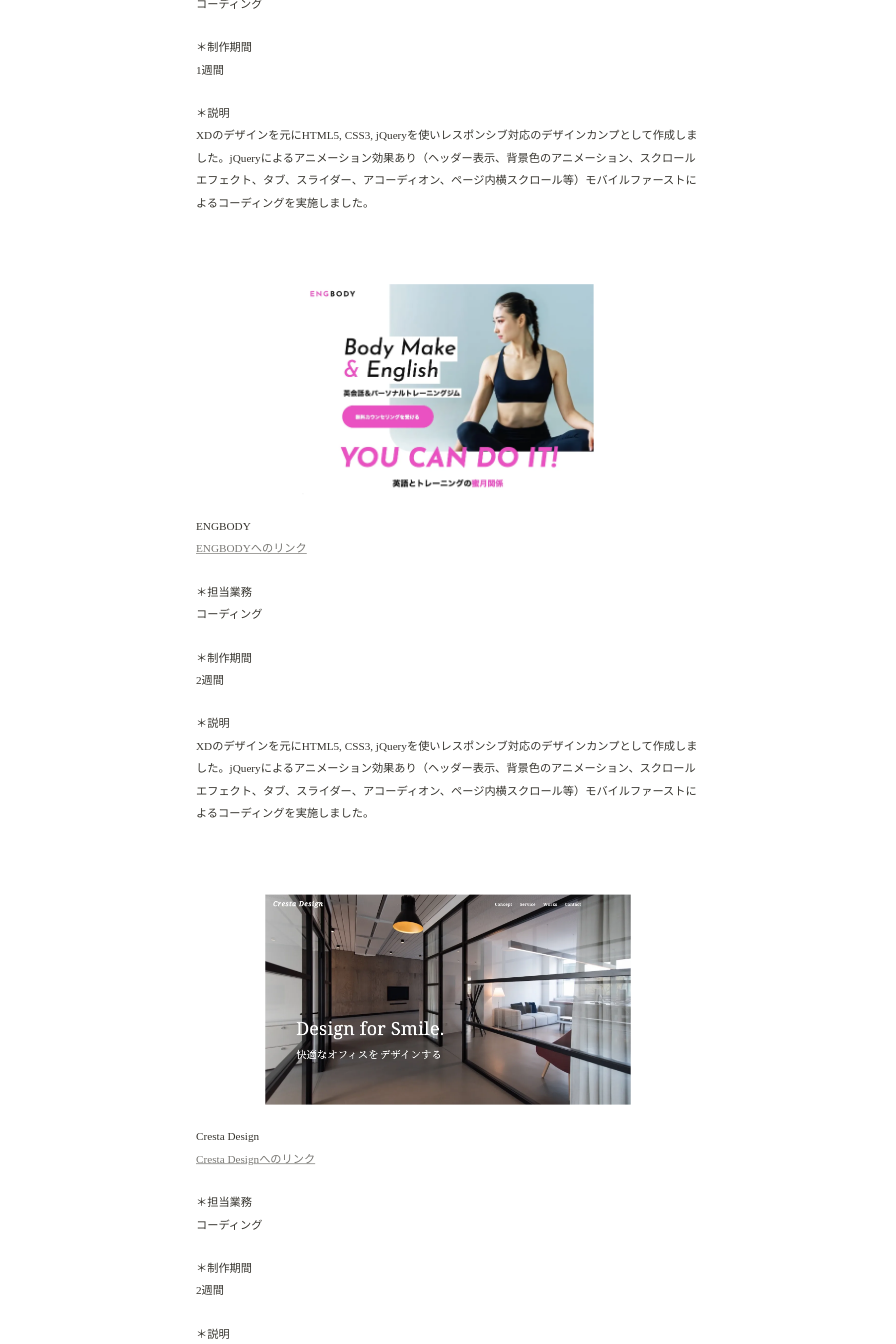
Repository: tetishi/my-portfolio
Page: index.html
These files come from the project's save history. The page is drawn as it stood at one moment and after the next save; the edit follows.
The browser window is 1280 px wide. The pictures show the part of the page from y = 1040 to 2960 px (the page is 7389 px tall before and 7357 px after), at 70% of full size.
The style sheet was rebuilt from its Sass, Less or Tailwind sources for each picture, by a compiler version that may differ from the author's.

Above is the page before, as saved 2023-09-01 13:01:32.

After the next save:
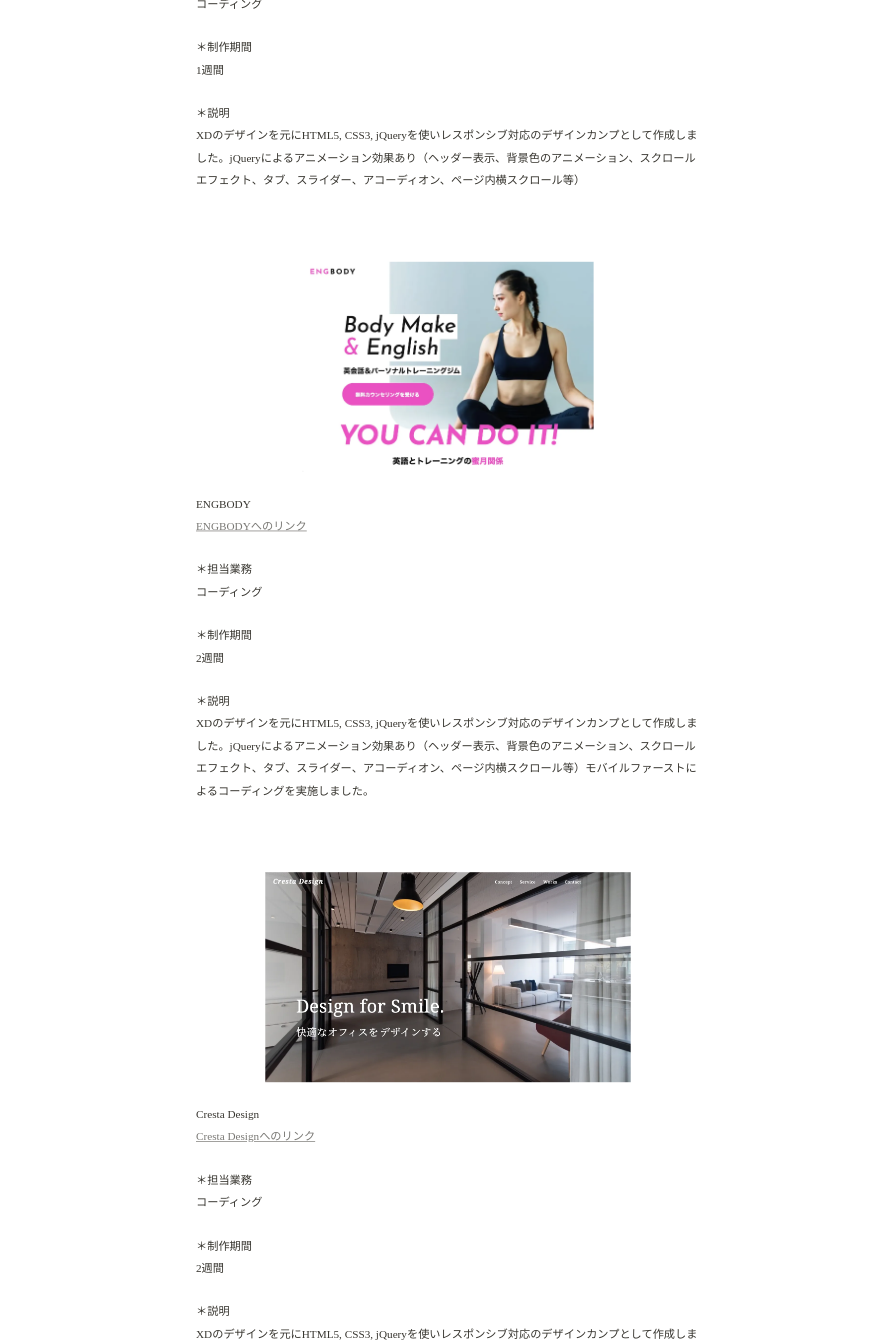
Saved 11 min 44 s later.
--- a/index.html
+++ b/index.html
@@ -56,7 +56,7 @@
                 <p>1週間</p>
                 <p class="details">＊説明</p>
                 <!-- ここ記入 -->
-                <p>XDのデザインを元にHTML5, CSS3, jQueryを使いレスポンシブ対応のデザインカンプとして作成しました。jQueryによるアニメーション効果あり（ヘッダー表示、背景色のアニメーション、スクロールエフェクト、タブ、スライダー、アコーディオン、ページ内横スクロール等）モバイルファーストによるコーディングを実施しました。</p>
+                <p>XDのデザインを元にHTML5, CSS3, jQueryを使いレスポンシブ対応のデザインカンプとして作成しました。jQueryによるアニメーション効果あり（ヘッダー表示、背景色のアニメーション、スクロールエフェクト、タブ、スライダー、アコーディオン、ページ内横スクロール等）</p>
             </div>
 
             <!-- １作品目 -->
